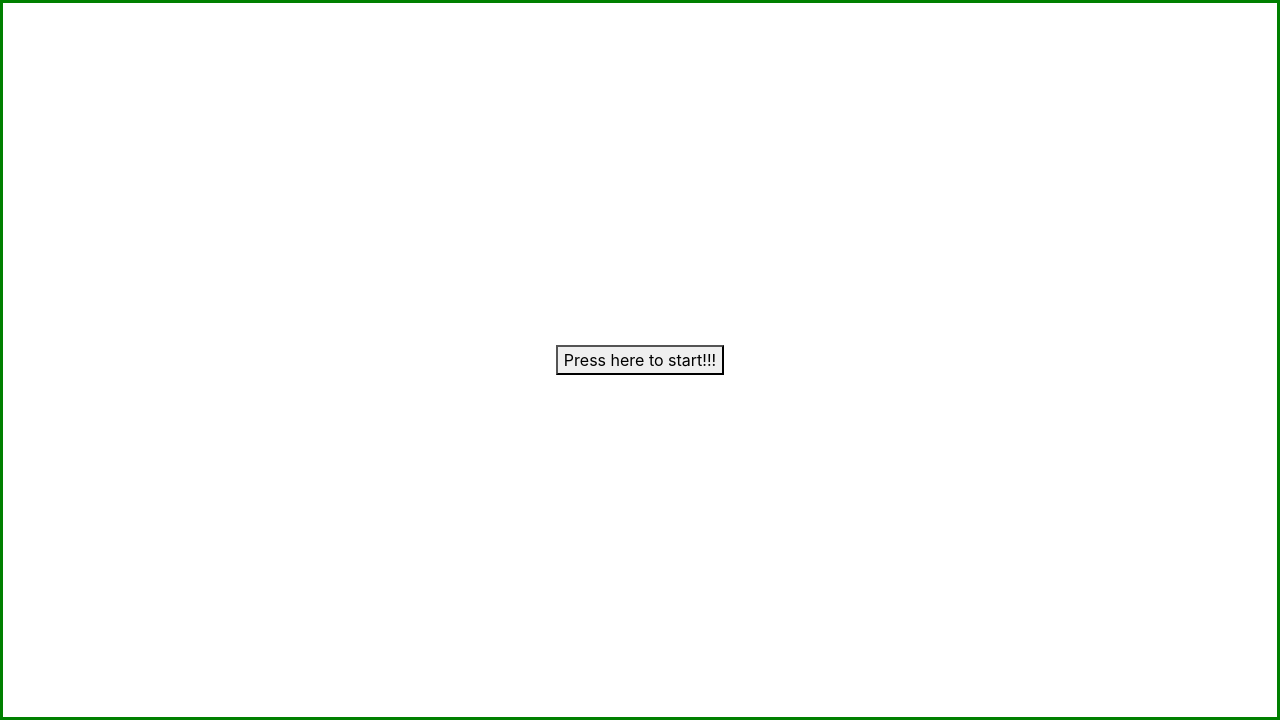
Repository: tts2610/React-Intro
Page: /
An editor plug-in stored every save of this project. The page is shown before and after the next save, followed by the edit.
The browser window is 1280 px wide. The pictures show the whole page.
Some web libraries are served in a nearby version. The project was rebuilt for these pictures with package versions that can differ from the ones it lists, and the page was loaded fresh each time. Also part of the build but not shown: src/components/ChoiceCard.js, src/components/Button.js, src/components/Result.js, src/components/History.js.

Above is the page before, as saved 2020-05-26 23:53:54.

After the next save:
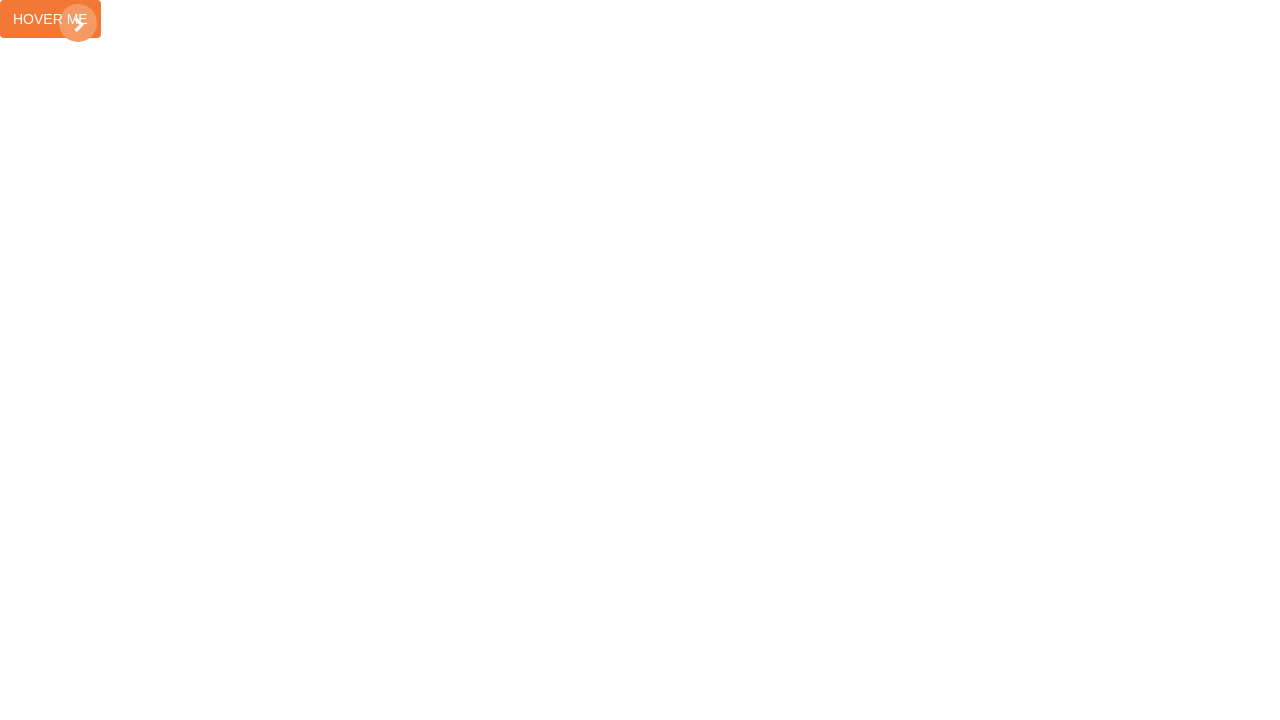
Saved 1 s later.
--- a/src/App.js
+++ b/src/App.js
@@ -60,9 +60,14 @@
   render(){
 
     if(!this.state.isStart){
-      return(<div className="center">
-          <button>Press here to start!!!</button>
-      </div>)
+      return(<div class="type-2">
+      <div>
+        <a href="" class="btn btn-1">
+          <span class="txt">Hover me</span>
+          <span class="round"><i class="fa fa-chevron-right"></i></span>
+        </a>
+      </div>
+    </div>)
     }
     return (
       <div className="App">

After the 4 saves that followed:
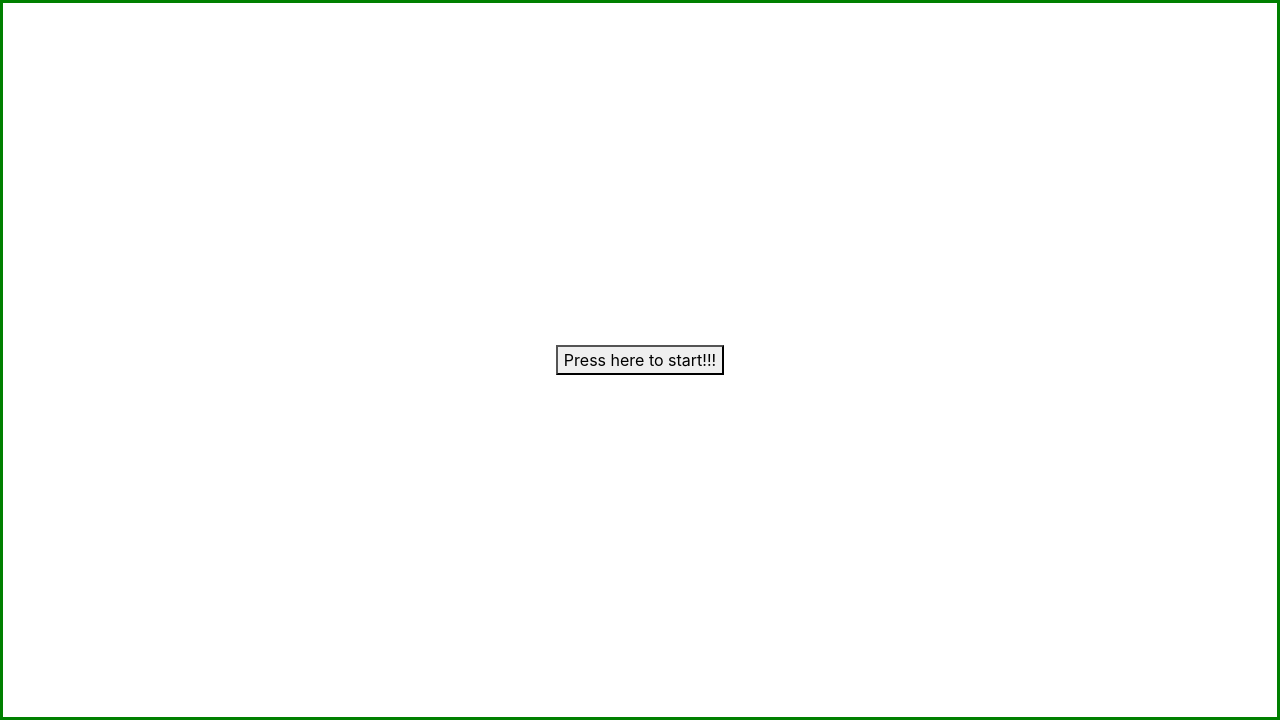
The 4 saves are shown as one change because 3 left the picture as it was.
The last was saved 55 s later.
--- a/src/App.js
+++ b/src/App.js
@@ -60,14 +60,9 @@
   render(){
 
     if(!this.state.isStart){
-      return(<div class="type-2">
-      <div>
-        <a href="" class="btn btn-1">
-          <span class="txt">Hover me</span>
-          <span class="round"><i class="fa fa-chevron-right"></i></span>
-        </a>
-      </div>
-    </div>)
+      return(<div className="center">
+          <button>Press here to start!!!</button>
+      </div>)
     }
     return (
       <div className="App">
